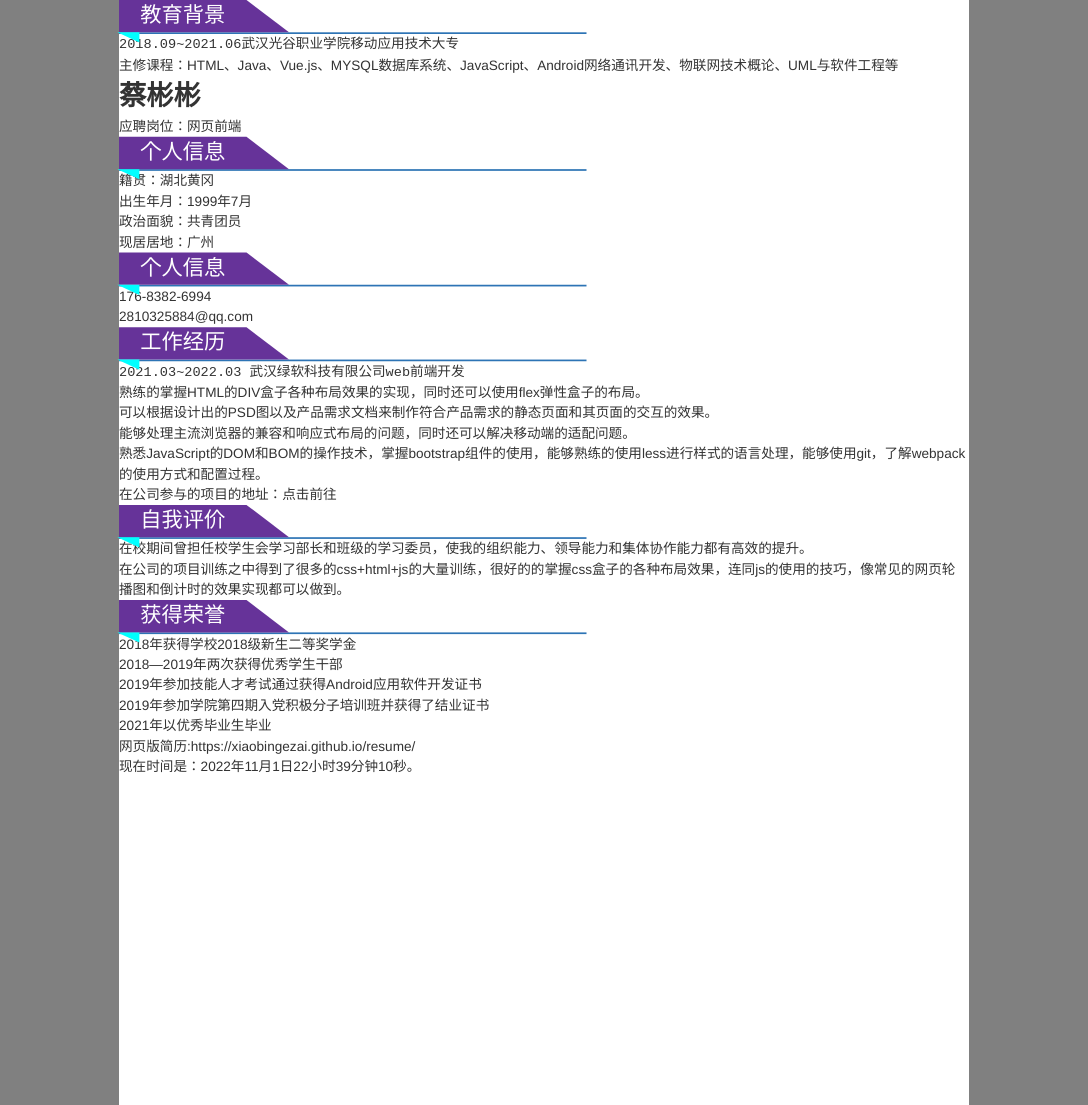
Repository: xiaobingezai/resume
Page: index.html
These files come from the project's save history. The page is drawn as it stood at one moment and after the next save; the edit follows.
The browser window is 1280 px wide. The pictures show the whole page, at 85% of full size.

Above is the page before, as saved 2022-11-02 20:54:08.

### index.html
<!DOCTYPE html>
<html lang="en">

<head>
    <meta charset="UTF-8">
    <meta http-equiv="X-UA-Compatible" content="IE=edge">
    <meta name="viewport" content="width=device-width, initial-scale=1.0">
    <title>Document</title>
    <link rel="stylesheet" href="css/index.css">
</head>

<body>
    <div class="wrapper" id="zhengTi">
        <div id="head">

            <div class="jiaoYuBeiJing">
                <div class="zhuangShiTuPian"><samp>教育背景</samp></div>
                <div class="samp1">
                    <samp>2018.09~2021.06</samp><samp>武汉光谷职业学院</samp><samp>移动应用技术</samp><samp>大专</samp>
                </div>
                <p>主修课程：HTML、Java、Vue.js、MYSQL数据库系统、JavaScript、Android网络通讯开发、物联网技术概论、UML与软件工程等</p>
            </div>
        </div>
        <div id="content" class="clearfix">
            <div class="gongZuoJingLi1">
                <div class="first">
                    <h1>蔡彬彬</h1>
                    <p>应聘岗位：网页前端</p>
                </div>
                <div class="second">
                    <div class="zhuangShiTuPian"><samp>个人信息</samp></div>
                    <ul class="ul1">
                        <li>籍贯：湖北黄冈</li>
                        <li>出生年月：1999年7月</li>
                        <li>政治面貌：共青团员</li>
                        <li>现居居地：广州</li>
                    </ul>
                </div>
                <div class="third">
                    <div class="zhuangShiTuPian"><samp>个人信息</samp></div>
                    <ul class="ul2">
                        <li>176-8382-6994</li>
                        <li>2810325884@qq.com</li>
                    </ul>
                </div>
            </div>
            <div class="gongZuoJingLi">
                <div class="zhuangShiTuPian"><samp>工作经历</samp></div>

                <ul class="gongZuoJingLi2">
                    <div class="gongZuo">
                        <samp>2021.03~2022.03 </samp><samp>武汉绿软科技有限公司</samp><samp>web前端开发</samp>
                    </div>
                    <li>熟练的掌握HTML的DIV盒子各种布局效果的实现，同时还可以使用flex弹性盒子的布局。</li>
                    <li>可以根据设计出的PSD图以及产品需求文档来制作符合产品需求的静态页面和其页面的交互的效果。</li>
                    <li>能够处理主流浏览器的兼容和响应式布局的问题，同时还可以解决移动端的适配问题。</li>
                    <li>熟悉JavaScript的DOM和BOM的操作技术，掌握bootstrap组件的使用，能够熟练的使用less进行样式的语言处理，能够使用git，了解webpack的使用方式和配置过程。</li>
                    <li>在公司参与的项目的地址：<a href="http://www.downyi.com/" target="blank">点击前往</a></li>
                </ul>
            </div>
        </div>
        <div id="tail" class="clearfix">
            <div class="diBu1">
                <div class="zhuangShiTuPian"><samp>自我评价</samp></div>
                <ul>
                    <li>在校期间曾担任校学生会学习部长和班级的学习委员，使我的组织能力、领导能力和集体协作能力都有高效的提升。</li>
                    <li>在公司的项目训练之中得到了很多的css+html+js的大量训练，很好的的掌握css盒子的各种布局效果，连同js的使用的技巧，像常见的网页轮播图和倒计时的效果实现都可以做到。</li>
                </ul>
            </div>
            <div class="diBu2">
                <div class="zhuangShiTuPian"><samp>获得荣誉</samp></div>
                <ul>
                    <li>2018年获得学校2018级新生二等奖学金</li>
                    <li>2018—2019年两次获得优秀学生干部</li>
                    <li>2019年参加技能人才考试通过获得Android应用软件开发证书</li>
                    <li>2019年参加学院第四期入党积极分子培训班并获得了结业证书</li>
                    <li>2021年以优秀毕业生毕业</li>
                </ul>
            </div>
        </div>
        <div id="jianLi">
            <p >网页版简历:<a href="https://xiaobingezai.github.io/resume/" target="blank">https://xiaobingezai.github.io/resume/</a></p>
            <div class="daoJiShi"></div>
        </div>

        <script src="./js/index.js">
        </script>
    </div>

</body>

</html>

### css/index.css
/* 清除默认样式的代码 */
/* 去除常见标签默认的 margin 和 padding */
body,
h1,
h2,
h3,
h4,
h5,
h6,
p,
ul,
ol,
li,
dl,
dt,
dd,
input {
    margin: 0;
    padding: 0;
}

/* 內减模式 */
* {
    box-sizing: border-box;
}

/* 设置网页统一的字体大小、行高、字体系列相关属性 */
body {
    font: 16px/1.5 "Helvetica Neue", Helvetica, Arial, "Microsoft Yahei",
        "Hiragino Sans GB", "Heiti SC", "WenQuanYi Micro Hei", sans-serif;
    color: #333;
}

/* 去除列表默认样式 */
ul,
ol {
    list-style: none;
}

/* 去除默认的倾斜效果 */
em,
i {
    font-style: normal;
}

/* 去除a标签默认下划线，并设置默认文字颜色 */
a {
    text-decoration: none;
    color: #333;
}

/* 设置img的垂直对齐方式为居中对齐，去除img默认下间隙 */
img {
    vertical-align: middle;
}

/* 去除input默认样式 */
input {
    border: none;
    outline: none;
    color: #333;
}

/* 左浮动 */
.fl {
    float: left;
}

/* 右浮动 */
.fr {
    float: right;
}

/* 双伪元素清除法 */
.clearfix::before,
.clearfix::after {
    content: "";
    display: table;
}

.clearfix::after {
    clear: both;
}

/* 版心居中 */
.wrapper {
    width: 1240px;
    margin: 0 auto;
}

/* 网页的整体外框 */
#zhengTi {
    width: 1000px;
    height: 1300px;
    background-color: #fff;
}

body{
    background-color: rgba(128, 128,128);
}
/* 装饰横条背景 */
.zhuangShiTuPian {
    position: relative;
    text-align: center;
    line-height: 40px;
    font-size: 25px;
    color: #fff;
    width: 550px;
    height: 40px;
    border-bottom: 2px solid #2d74b5;
}
.zhuangShiTuPian::after {
    content: '';
    position: absolute;
    left: -2px;

    width: 0;
    height: 0;
    border-width: 0 26px 12px 0;
    border-style: solid;
    border-color: transparent aqua;
}
.zhuangShiTuPian samp {
    display: block;
    width: 200px;
    height: 0;
    border-bottom: 38px solid rebeccapurple;
    border-right: 50px solid transparent;
}

/* 最外层的盒子的样式设置 */
#zhengTi {
    border: top 10px solid #517987 ;
}

### js/index.js
let daoJiShi = document.querySelector('.daoJiShi');
            shiJian();
            function shiJian() {
                let time = new Date();
                let nian = time.getFullYear();
                let yue = time.getMonth();
                let ri = time.getDate();
                let h = time.getHours();
                let m = time.getMinutes();
                let s = time.getSeconds();
                let dangQianShiJian = '现在时间是：' + +nian + '年' + (yue + 1) + '月' + ri + '日' + h + '小时' + m + '分钟' + s + '秒' +
                    '。';
                daoJiShi.innerHTML = dangQianShiJian;
            }
            setInterval('shiJian()', 1000);

After the next save:
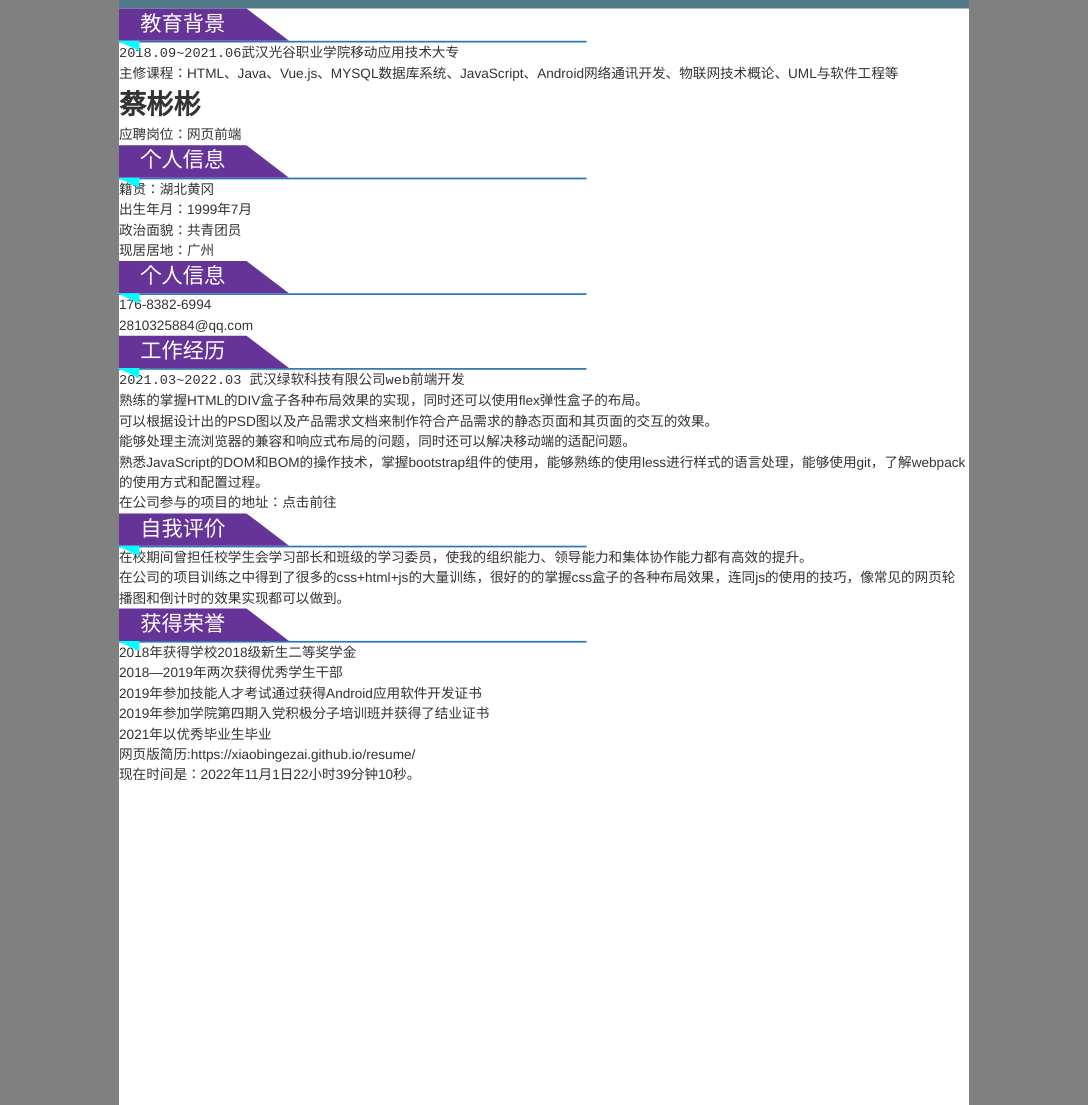
Saved 30 s later.
--- a/css/index.css
+++ b/css/index.css
@@ -130,5 +130,5 @@ body{
 
 /* 最外层的盒子的样式设置 */
 #zhengTi {
-    border: top 10px solid #517987 ;
+    border-top: 10px solid #517987 ;
 }
